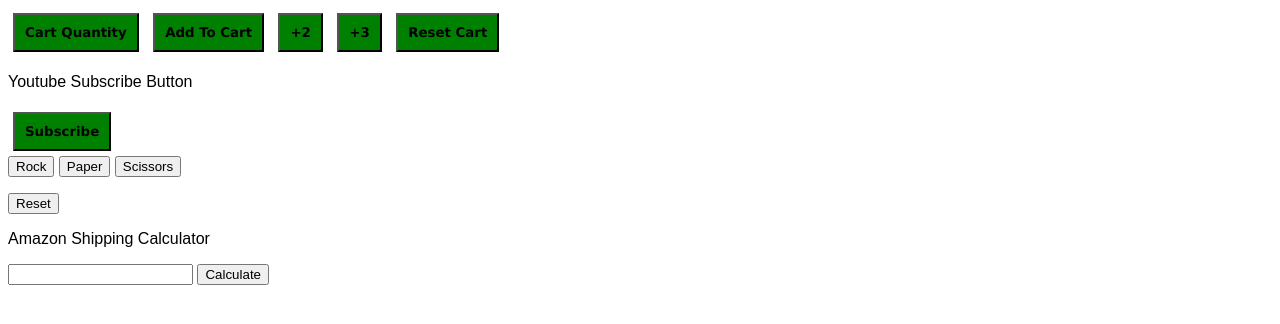
Repository: EguJaredoBoyd/Jared-Learning-Projects
Page: javascript-tutorial.html
An editor plug-in stored every save of this project. The page is shown before and after the next save, followed by the edit.
The browser window is 1280 px wide. The pictures show the whole page.

Above is the page before, as saved 2025-07-06 22:14:00.

After the next save:
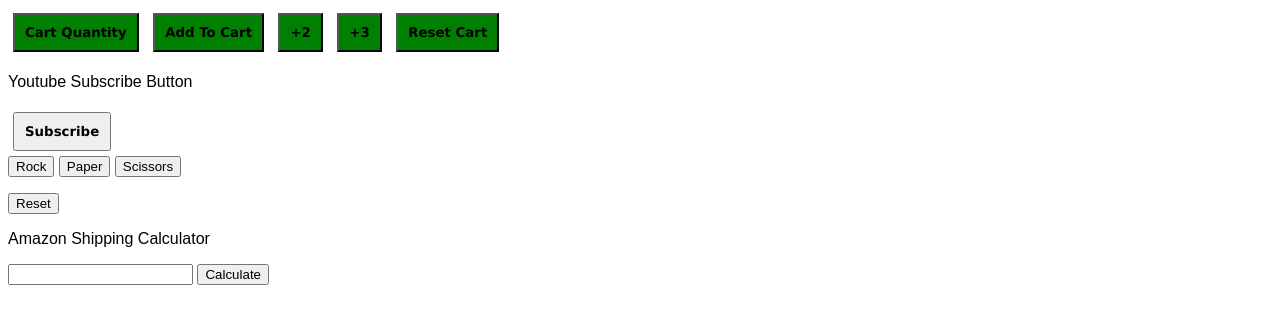
Saved 83 s later.
--- a/javascript-tutorial.css
+++ b/javascript-tutorial.css
@@ -8,6 +8,6 @@ body{
     font-family: Verdana, Geneva, Tahoma, sans-serif;
 
 }
-.cart-class button{
+.cart-class button:not(.sub-button){
     background-color: green;
 }
